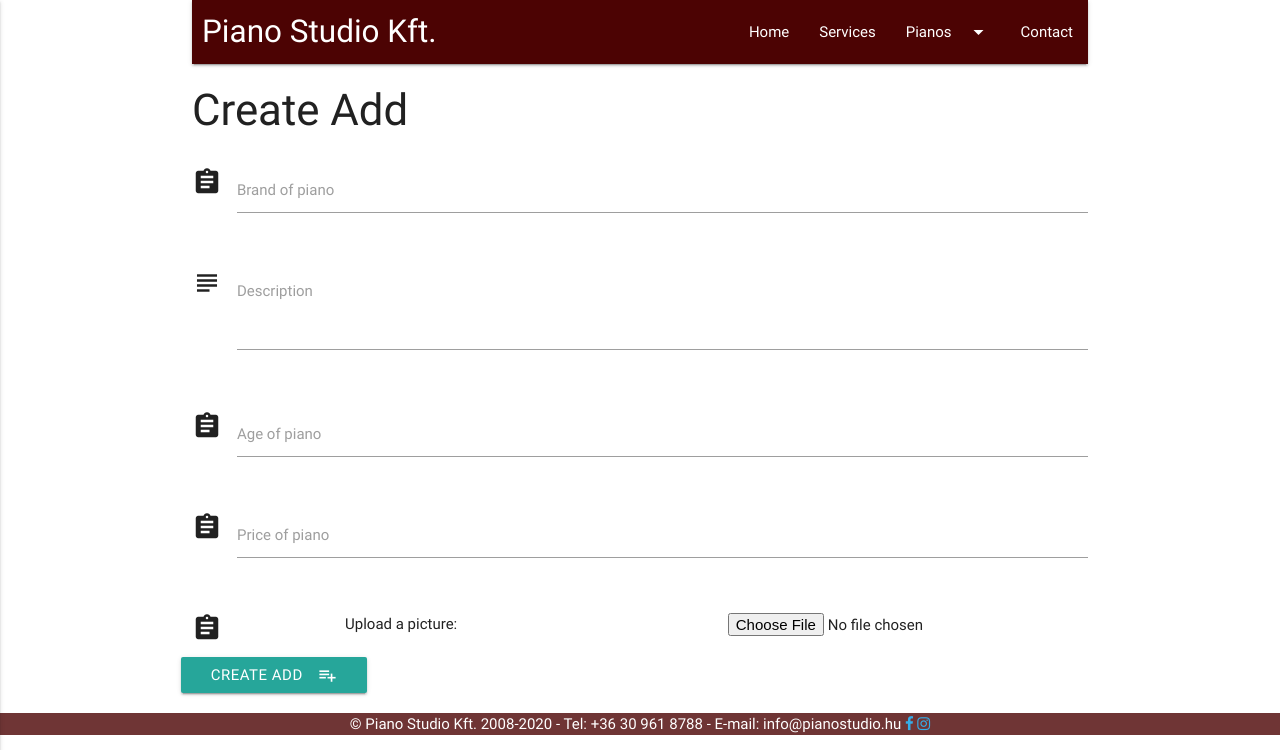
Repository: badiattila/pianostudioheroku
Page: http://localhost/createadd
The author's editor kept a record of every edit. The page is drawn from the files as they stood at one moment, then again after the next edit.
The browser window is 1280 px wide. The pictures show the whole page.
Some web libraries are served in a nearby version. The page is served by the project's application, run on Flask 3 (app.py).

Above is the page before.

After the next edit:
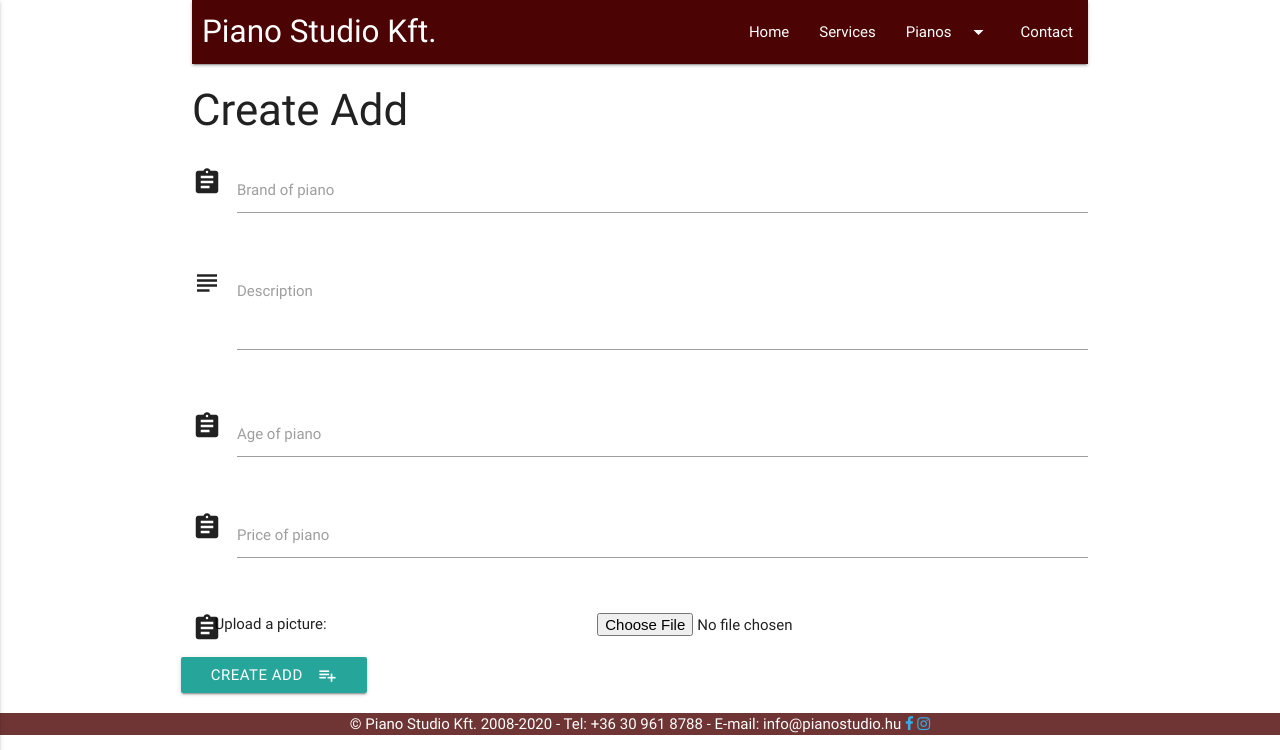
The edit:
--- a/templates/create_add.html
+++ b/templates/create_add.html
@@ -37,7 +37,7 @@
     </div>
 
     <div class="row">
-        <div class="input-field col s2">
+        <div class="input-field col ">
             <i class="material-icons prefix">assignment</i>
         </div>
         <div class="input-field col s5">
